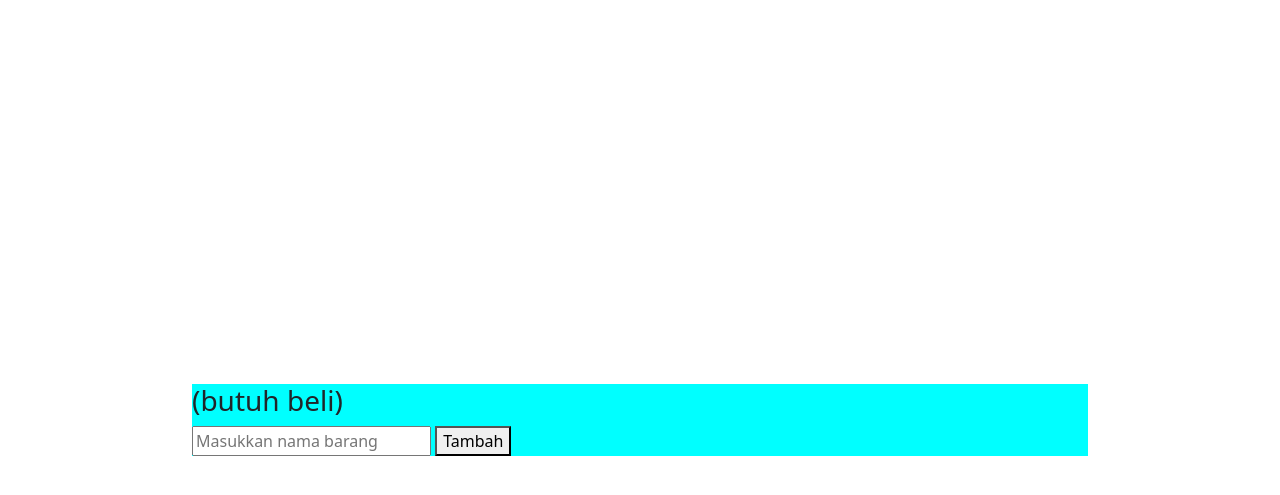
Repository: amorysdeo/dirumah
Page: index.html
An editor plug-in stored every save of this project. The page is shown before and after the next save, followed by the edit.
The browser window is 1280 px wide. The pictures show the whole page.

Above is the page before, as saved 2025-11-27 11:49:05.

### index.html
<!DOCTYPE html>
<html lang="en">
<head>
    <meta charset="UTF-8">
    <meta name="viewport" content="width=device-width, initial-scale=1.0">
    <link rel="stylesheet" href="css.css">
    <link href="https://cdn.jsdelivr.net/npm/bootstrap@5.3.3/dist/css/bootstrap.min.css" rel="stylesheet">

    <title>Belanja</title>
</head>
<body>
    <div id="main-box">
        <div id="title" class="d-flex">
            <h1List Barang Habis</h1>
            <h3>(butuh beli)</h3>
        </div>
        <div id="inputan">
            <input type="text" id="barang" name="barang" placeholder="Masukkan nama barang">
            <button>Tambah</button>
        </div>
    </div>

    <script src="https://cdn.jsdelivr.net/npm/@popperjs/core@2.11.8/dist/umd/popper.min.js"></script>
    <script src="https://cdn.jsdelivr.net/npm/bootstrap@5.3.3/dist/js/bootstrap.min.js"></script>
</body>
</html>

### css.css
body{
    padding-top: 30%;
    align-items: center;
    justify-content: center;
    display: flex;
    margin-left: auto;
    margin-right: auto;
}

#main-box{
    background-color: aqua;
    justify-content: center;
    align-items: center;
    width: 70%;
}

After the next save:
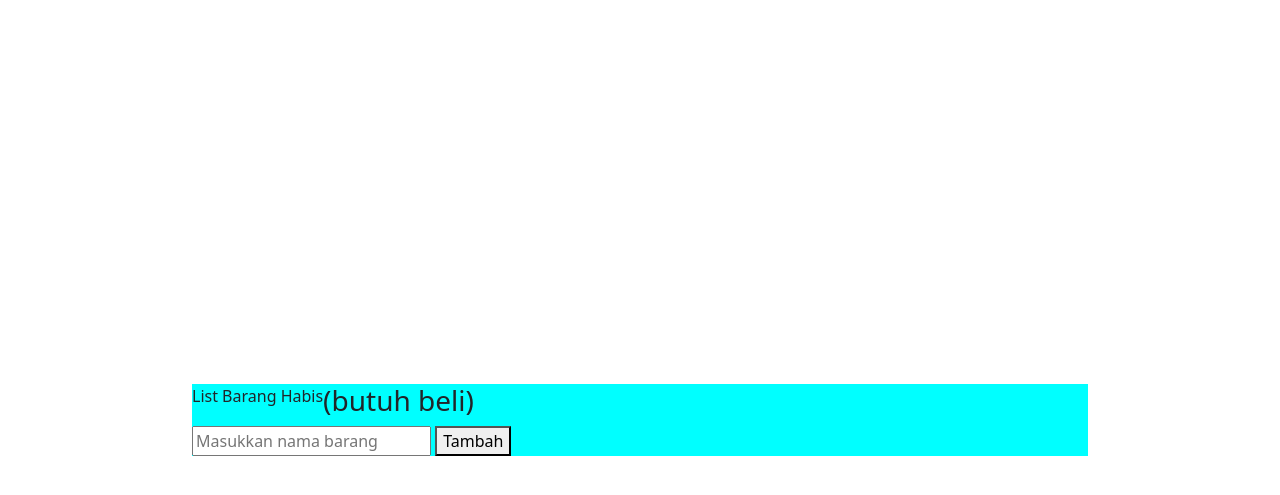
Saved 5 s later.
--- a/index.html
+++ b/index.html
@@ -11,7 +11,7 @@
 <body>
     <div id="main-box">
         <div id="title" class="d-flex">
-            <h1List Barang Habis</h1>
+            <h1></h1>List Barang Habis</h1>
             <h3>(butuh beli)</h3>
         </div>
         <div id="inputan">
